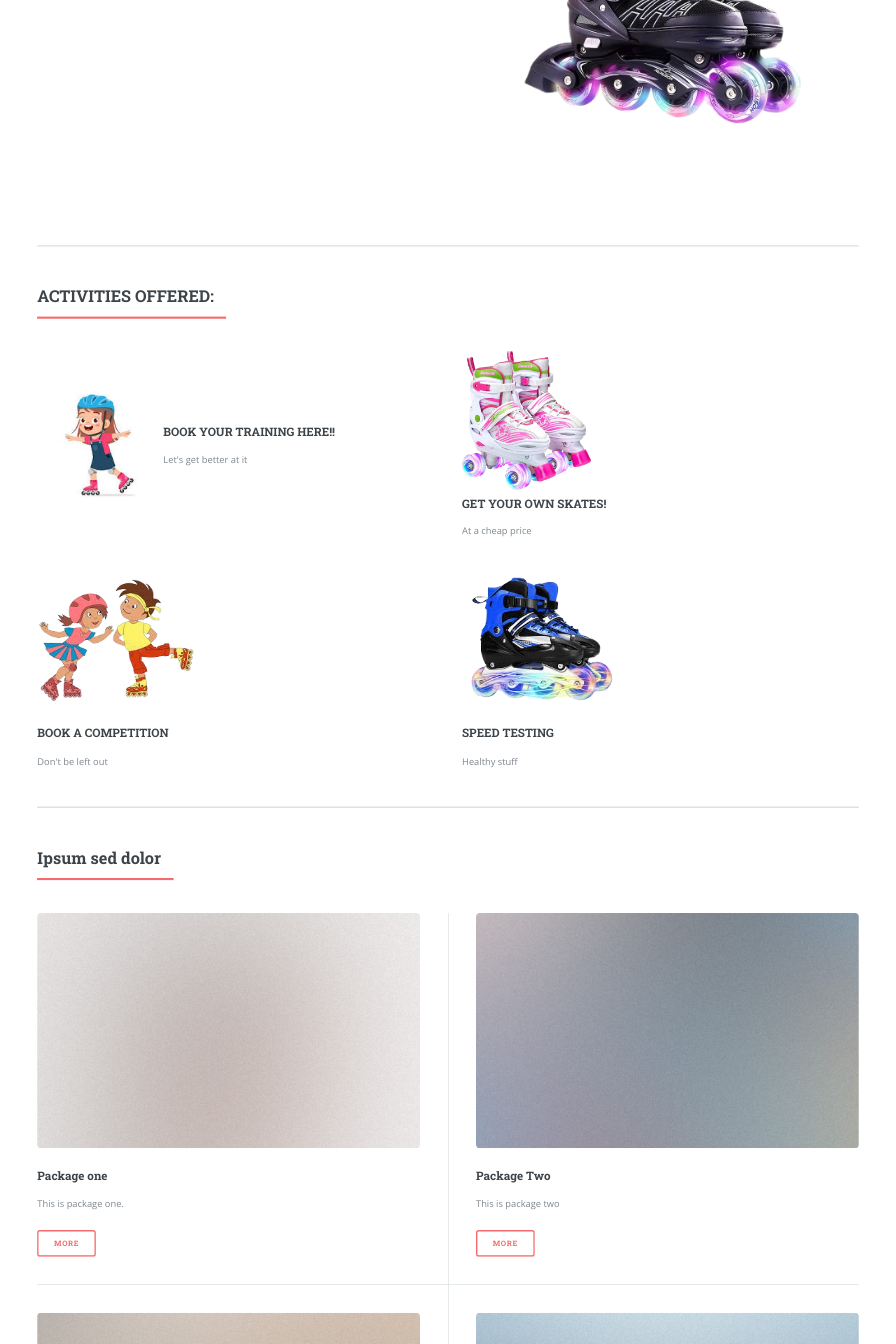
Repository: rachel648/New_Elite
Page: index.html
An editor plug-in stored every save of this project. The page is shown before and after the next save, followed by the edit.
The browser window is 1280 px wide. The pictures show the part of the page from y = 456 to 2376 px (the page is 3447 px tall), at 70% of full size.

Above is the page before, as saved 2024-10-14 14:19:39.

### index.html
<!DOCTYPE HTML>
<html>
	<head>
		<title>ELITE SKATES</title>
		<meta charset="utf-8" />
		<meta name="viewport" content="width=device-width, initial-scale=1, user-scalable=no" />
		<link rel="stylesheet" href="assets/css/main.css" />
	</head>
	<body class="is-preload">

		<!-- Wrapper -->
			<div id="wrapper">

				<!-- Main -->
					<div id="main">
						<div class="inner">

							<!-- Header -->
								<header id="header">
									<a href="index.html" class="logo"><strong>ELITE </strong>SKATING CLUB</a>
									<ul class="icons">
										<li><a href="#" class="icon brands fa-twitter"><span class="label">Twitter</span></a></li>
										<li><a href="#" class="icon brands fa-facebook-f"><span class="label">Facebook</span></a></li>
										<li><a href="#" class="icon brands fa-snapchat-ghost"><span class="label">Snapchat</span></a></li>
										<li><a href="#" class="icon brands fa-instagram"><span class="label">Instagram</span></a></li>
										<li><a href="#" class="icon brands fa-medium-m"><span class="label">Medium</span></a></li>
									</ul>
								</header>

							<!-- Banner -->
								<section id="banner">
									<div class="content">
										<header>
											<h1>Welcome, Let's Skate!<br />
											With Mario</h1>
											<p>Join the thrill, boost your skills, and enjoy the ride with our skating community!</p>
										</header>
										<p> </p>
										<ul class="actions">
											<li><a href="#" class="button big">Learn More</a></li>
										</ul>
									</div>
									<span class="image object">
										<img src="images/skatetwo-removebg-preview.png" alt="" />
									</span>
								</section>

							<!-- Section -->
								<section>
									<header class="major">
										<h2>ACTIVITIES OFFERED:</h2>
									</header>
									<div class="features">
										<article>
											<span class="image object"></span>
											<img src="images/training.jpg" alt="" />
											<div class="content">
												<h3>BOOK YOUR TRAINING HERE!!</h3>
												<p>Let's get better at it</p>
											</div>
										</article>
										<article>
											<span class="image object">
												<img src="images/pinkskates.jpg-removebg-preview.png" alt="" style="width: 200px; height: auto;" />
											<div class="content">
												<h3>GET YOUR OWN SKATES!</h3>
												<p>At a cheap price</p>
											</div>
										</article>
										<article>
											<span class="image object">
												<img src="images/competition-removebg-preview.png" alt="" />
											<div class="content">
												<h3>BOOK A COMPETITION</h3>
												<p> Don't be left out</p>
										</article>
										<article>
											<span class="image object">
												<img src="images/blueskates-removebg-preview.png" alt="" />
											<div class="content">
												<h3>SPEED TESTING</h3>
												<p>Healthy stuff</p>
											</div>
										</article>
									</div>
								</section>

							<!-- Section -->
								<section>
									<header class="major">
										<h2>Ipsum sed dolor</h2>
									</header>
									<div class="posts">
										<article>
											<a href="#" class="image"><img src="images/pic01.jpg" alt="" /></a>
											<h3>Package one</h3>
											<p>This is package one.</p>
											<ul class="actions">
												<li><a href="#" class="button">More</a></li>
											</ul>
										</article>
										<article>
											<a href="#" class="image"><img src="images/pic02.jpg" alt="" /></a>
											<h3>Package Two</h3>
											<p>This is package two</p>
											<ul class="actions">
												<li><a href="#" class="button">More</a></li>
											</ul>
										</article>
										<article>
											<a href="#" class="image"><img src="images/pic03.jpg" alt="" /></a>
											<h3>Package three</h3>
											<p>This is package three</p>
											<ul class="actions">
												<li><a href="#" class="button">More</a></li>
											</ul>
										</article>
										<article>
											<a href="#" class="image"><img src="images/pic04.jpg" alt="" /></a>
											<h3>Package four</h3>
											<p>This is package four</p>
											<ul class="actions">
												<li><a href="#" class="button">More</a></li>
											</ul>
										</article>
										<article>
											<a href="#" class="image"><img src="images/pic05.jpg" alt="" /></a>
											<h3>Package five</h3>
											<p>This is package five</p>
											<ul class="actions">
												<li><a href="#" class="button">More</a></li>
											</ul>
										</article>
										<article>
											<a href="#" class="image"><img src="images/pic06.jpg" alt="" /></a>
											<h3>Package six</h3>
											<p>This is package six</p>
											<ul class="actions">
												<li><a href="#" class="button">More</a></li>
											</ul>
										</article>
									</div>
								</section>

						</div>
					</div>

				<!-- Sidebar -->
					<div id="sidebar">
						<div class="inner">

							<!-- Search -->
								<section id="search" class="alt">
									<form method="post" action="#">
										<input type="text" name="query" id="query" placeholder="Search" />
									</form>
								</section>

							<!-- Menu -->
								<nav id="menu">
									<header class="major">
										<h2>Menu</h2>
									</header>
									<ul>
										<li><a href="index.html">Homepage</a></li>
										<li><a href="generic.html">Upcoming Events</a></li>
										<li><a href="elements.html">Sports day </a></li>
										<li>
											<!--		<span class="opener">Submenu</span>
											<ul>
												<li><a href="#">Lorem Dolor</a></li>
												<li><a href="#">Ipsum Adipiscing</a></li>
												<li><a href="#">Tempus Magna</a></li>
												<li><a href="#">Feugiat Veroeros</a></li>
											</ul>

										</li>
										<li><a href="#">Etiam Dolore</a></li>
										<li><a href="#">Adipiscing</a></li>
										<li>
											<span class="opener">Another Submenu</span>
											<ul>
												<li><a href="#">Lorem Dolor</a></li>
												<li><a href="#">Ipsum Adipiscing</a></li>
												<li><a href="#">Tempus Magna</a></li>
												<li><a href="#">Feugiat Veroeros</a></li>
											</ul>
										</li>
										<li><a href="#">Maximus Erat</a></li>
										<li><a href="#">Sapien Mauris</a></li>
										<li><a href="#">Amet Lacinia</a></li>
										-->
									</ul>
								</nav>

							<!-- Section -->
								<section>
									<header class="major">
										<h2>LATEST HOTTEST DEALS</h2>
									</header>
									<div class="mini-posts">
										<article>
											<a href="#" class="image"><img src="images/pic07.jpg" alt="" /></a>
											<p>Package one</p>
										</article>
										<article>
											<a href="#" class="image"><img src="images/pic08.jpg" alt="" /></a>
											<p>Package two</p>
										</article>
										<article>
											<a href="#" class="image"><img src="images/pic09.jpg" alt="" /></a>
											<p>package three</p>
										</article>
									</div>
									<ul class="actions">
										<li><a href="#" class="button">More</a></li>
									</ul>
								</section>

							<!-- Section -->
								<section>
									<header class="major">
										<h2>Get in touch</h2>
									</header>
									<p></p>
									<ul class="contact">
										<li class="icon solid fa-envelope"><a href="#">skates@gmail.com</a></li>
										<li class="icon solid fa-phone">0712671172>

									</ul>
								</section>

							<!-- Footer -->
								<footer id="footer">

								</footer>

						</div>
					</div>

			</div>

		<!-- Scripts -->
			<script src="assets/js/jquery.min.js"></script>
			<script src="assets/js/browser.min.js"></script>
			<script src="assets/js/breakpoints.min.js"></script>
			<script src="assets/js/util.js"></script>
			<script src="assets/js/main.js"></script>

	</body>
</html>

Loaded but not shown: assets/js/jquery.min.js (library); assets/js/browser.min.js (common file); assets/js/breakpoints.min.js (common file); assets/css/fontawesome-all.min.css (library); assets/js/util.js (587 lines, source omitted); assets/js/main.js (262 lines, source omitted); assets/css/main.css (2284 lines, source omitted)

After the next save:
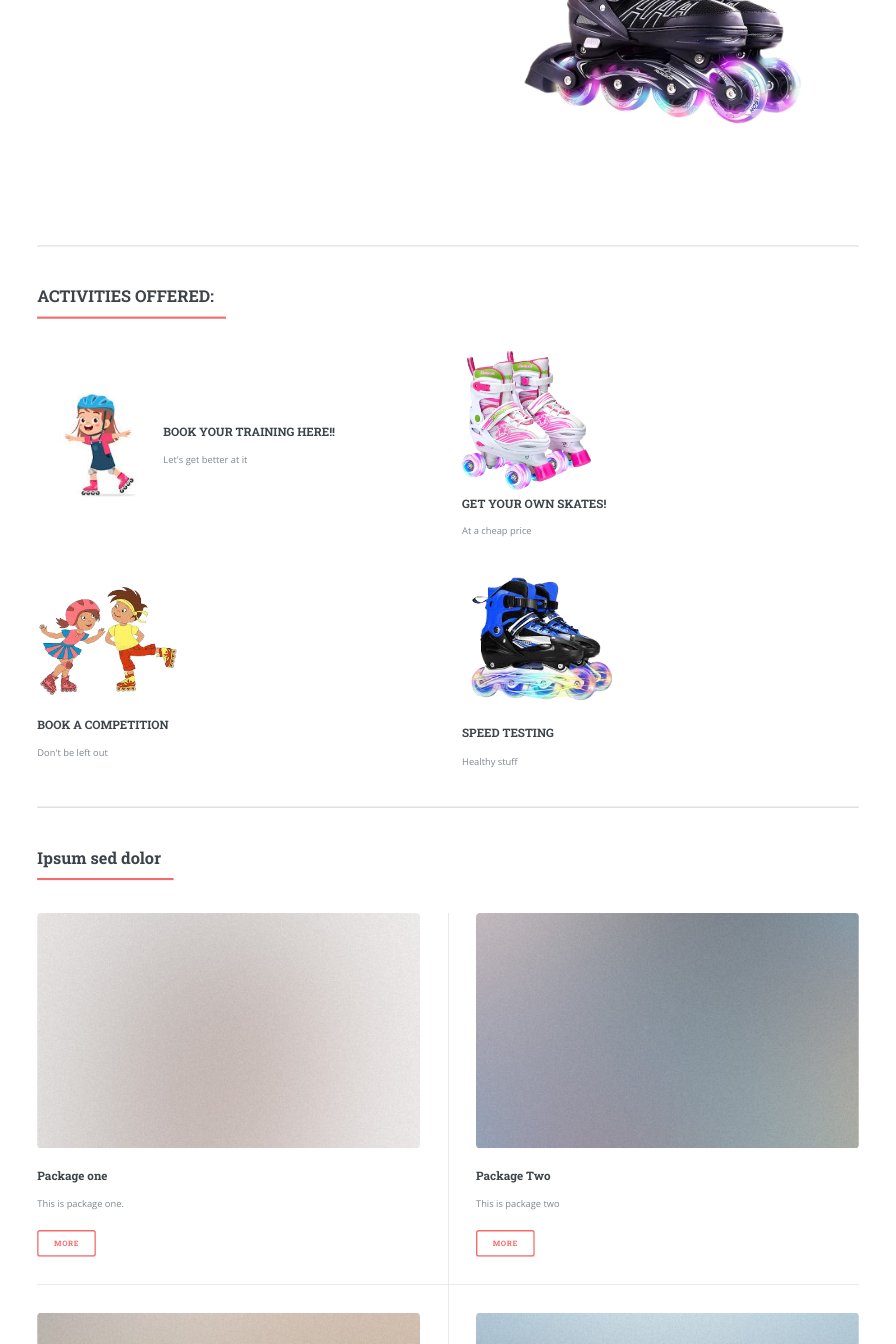
Saved 67 s later.
--- a/index.html
+++ b/index.html
@@ -69,7 +69,7 @@
 										</article>
 										<article>
 											<span class="image object">
-												<img src="images/competition-removebg-preview.png" alt="" />
+												<img src="images/competition-removebg-preview.png" alt="" style="width: 200px; height: auto;" />
 											<div class="content">
 												<h3>BOOK A COMPETITION</h3>
 												<p> Don't be left out</p>
